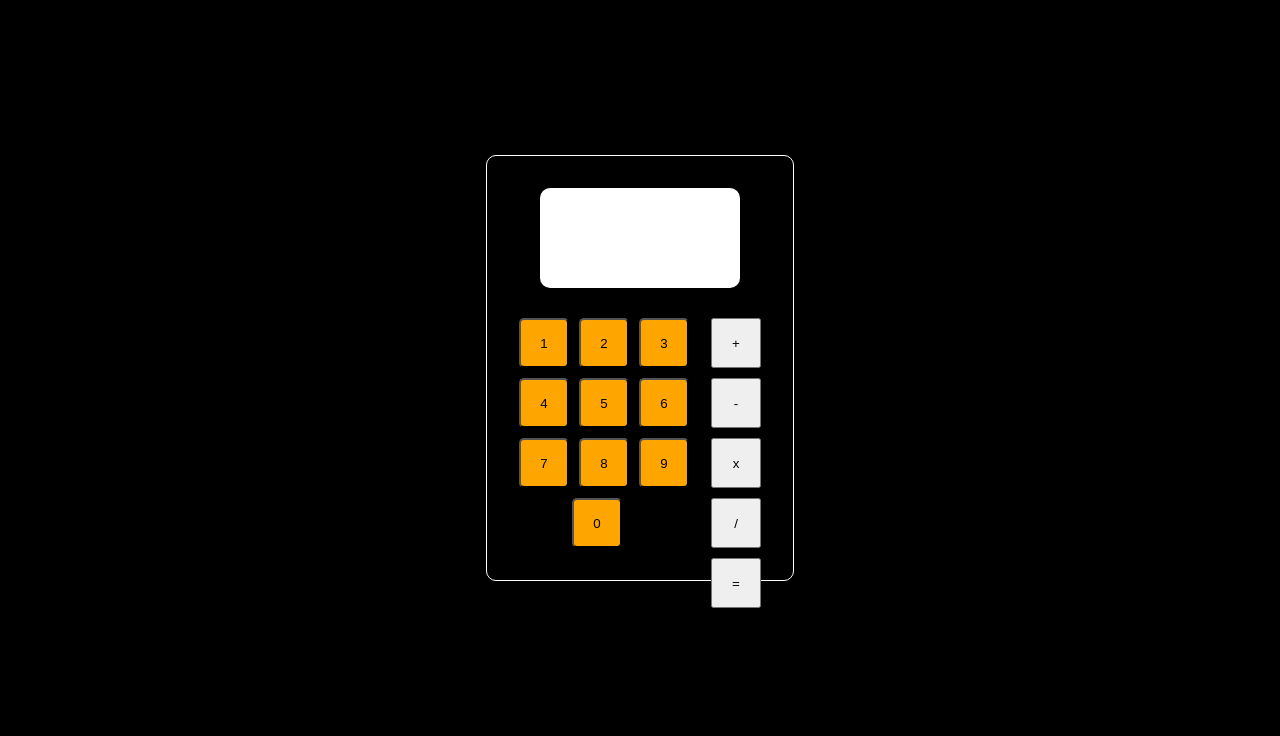
Repository: askan-ken/Simple-calculator
Page: index.html
The author's editor kept a copy of each file at every save. The page is drawn from the files as they stood at one save, then again after a run of saves.
The browser window is 1280 px wide. The pictures show the whole page.

Above is the page before, as saved 2023-02-17 05:11:23.
Console error: TypeError: Cannot read properties of null (reading 'addEventListener')

After the next 2 saves:
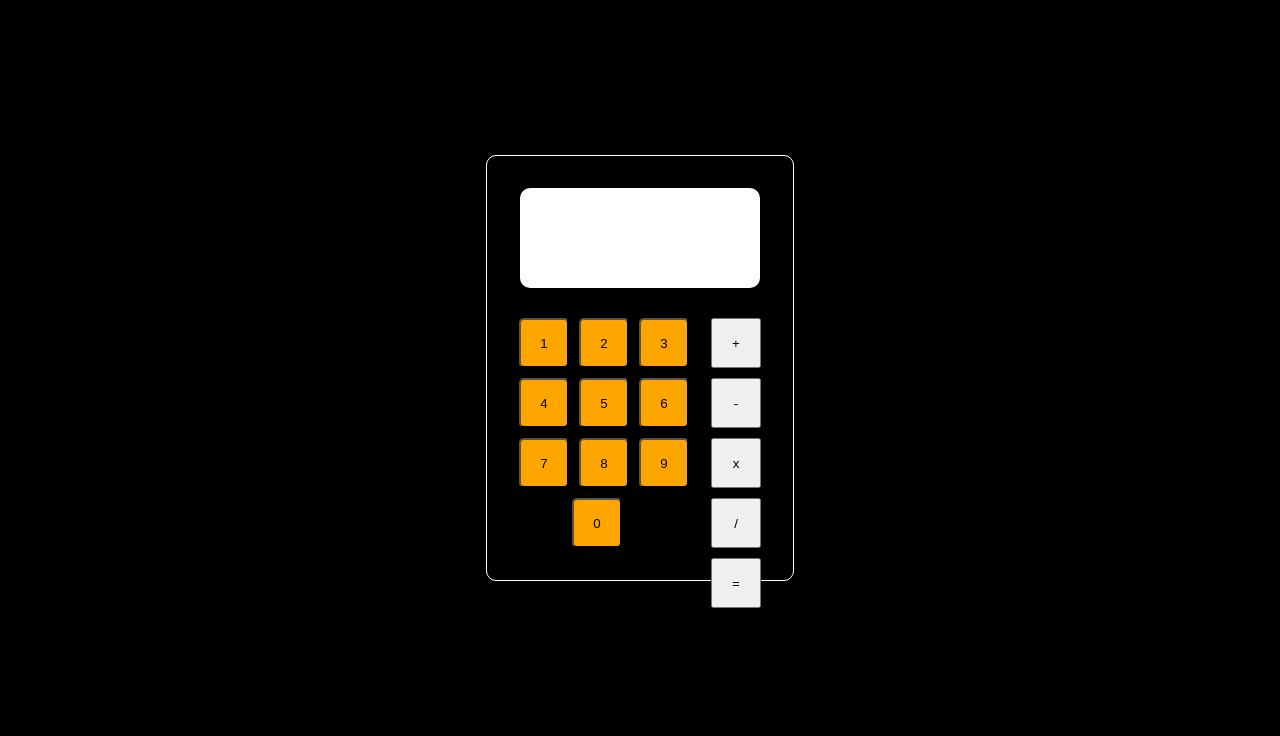
The 2 saves are shown as one change because they came seconds apart.
The last was saved 10 s later.
--- a/style.css
+++ b/style.css
@@ -13,7 +13,7 @@
   -o-border-radius: 10px;
 }
 .displays {
-  width: 200px;
+  width: 240px;
   height: 100px;
   background-color: white;
   border-radius: 10px;
